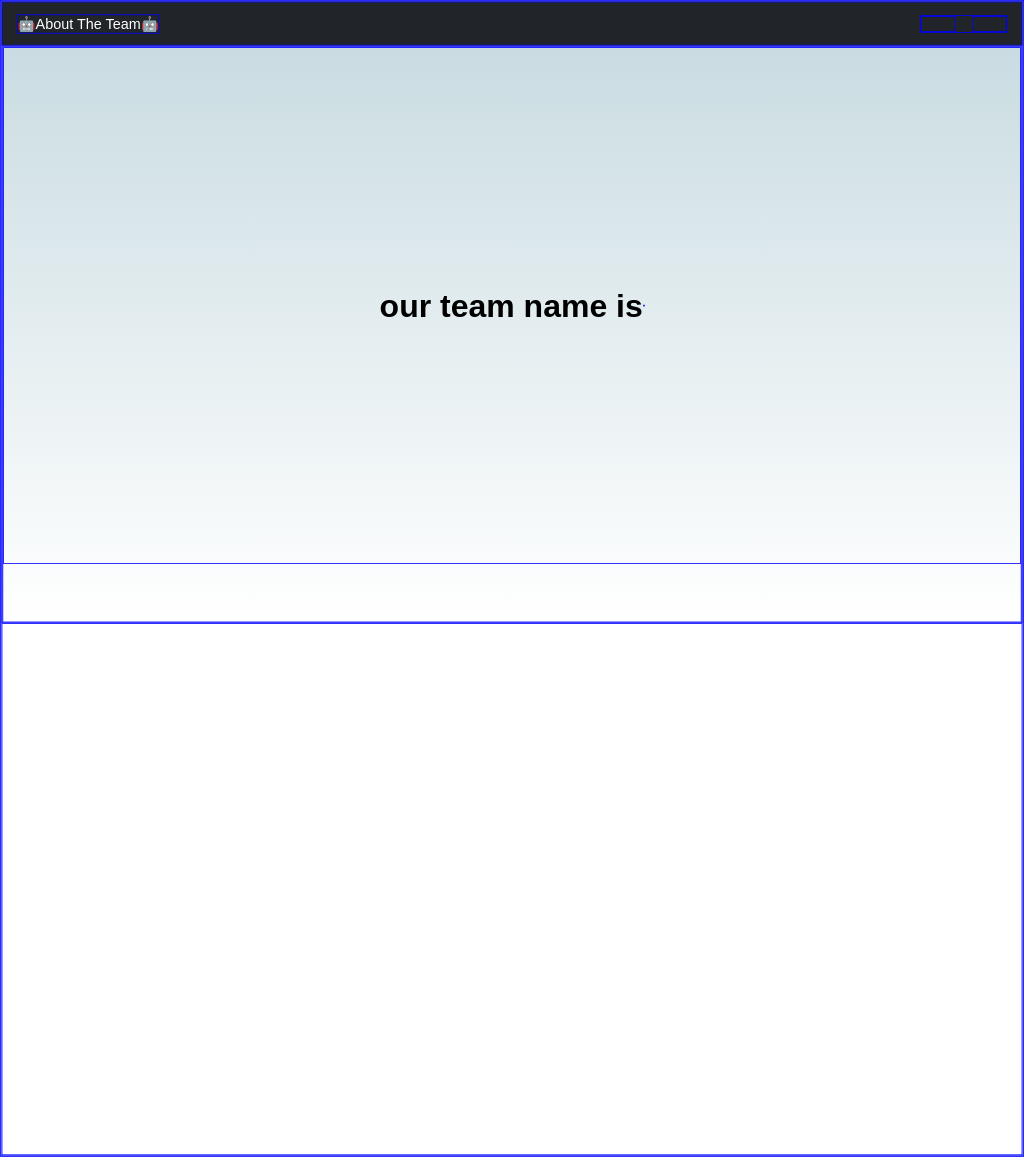
Repository: ammarsetiawan/gps-traker
Page: about.html
These files come from the project's save history. The page is drawn as it stood at one moment and after a run of saves; the edit follows.
The browser window is 1280 px wide. The pictures show the whole page, at 80% of full size.

Above is the page before, as saved 2025-11-25 17:13:27.

### about.html
<!DOCTYPE html>
<html lang="en">

<head>
    <meta charset="UTF-8">
    <meta name="viewport" content="width=device-width, initial-scale=1.0">
    <title>GPS Tracking</title>
    <link rel="stylesheet" href="https://unpkg.com/leaflet/dist/leaflet.css" />


</head>
<style>
    * {
        margin: 0;
        padding: 0;
        box-sizing: border-box;
        font-family: Arial, sans-serif;
        border: blue 1px solid;
    }

    body {
        background: #fff;
    }

    /* NAVBAR */
    nav {
        background-color: #212529;
        height: 55px;
        display: flex;
        align-items: center;
        padding: 0 18px;
        position: relative;
    }

    nav .brand {
        font-size: 18px;
        font-weight: 500;
        color: white;
    }

    nav ul {
        list-style: none;
        display: flex;
        gap: 20px;
        margin-left: auto;
    }

    nav ul li a {
        text-decoration: none;
        color: rgba(255, 255, 255, 0.8);
        font-size: 15px;
        transition: .2s;
        opacity: 0;
    }

    nav ul li a:hover {
        color: white;
        opacity: 1;
    }

    /* ----- style page ----- */

    .background {
        background: linear-gradient(to bottom, rgba(73, 136, 155, 0.295), rgba(92, 92, 88, 0));
        width: 100%;
        height: 100dvh;
    }

    .container {
        height: 90%;
        display: flex;
        justify-content: center;
        align-items: center;
        font-size: 40px;
        font-weight: bold;
        font-family: "Comic Sans MS", "Comic Sans", cursive, sans-serif;
    }

    #menuBtn {
        display: none;
        margin-left: auto;
        background: transparent;
        border: 1px solid rgba(255, 255, 255, 0.5);
        padding: 6px 10px;
        border-radius: 6px;
        cursor: pointer;
    }

    #menuBtn div {
        width: 18px;
        height: 2px;
        background: white;
        margin: 4px 0;
        transition: .3s;

    }

    /* ----- Responsive menu collapse ----- */
    @media (max-width: 768px) {
        nav ul {
            position: absolute;
            top: 55px;
            right: 0;
            background: #212529;
            width: 160px;
            flex-direction: column;
            padding: 10px;
            display: none;
            border-bottom-left-radius: 10px;
        }

        #menuBtn {
            display: block;

        }
    }

    /* Map area (placeholder section) */
    #content {
        height: calc(100vh - 55px);
        width: 100%;
        background: white;
    }
</style>

<body>

    <nav>
        <h2 class="brand">🤖About The Team🤖 </h2>

        <button id="menuBtn">
            <div></div>
            <div></div>
            <div></div>
        </button>

        <ul id="menu">
            <li><a href="index.html">Home</a></li>
            <li><a href="#">About</a></li>
        </ul>
    </nav>
    <section class="bg">
        <div class="background">
            <div class="container">
                our team name is <span></span>
            </div>
        </div>
    </section>

    <div id="content"></div> <!-- ini nanti bisa jadi map atau konten lain -->

    <script>
        const btn = document.getElementById("menuBtn");
        const menu = document.getElementById("menu");
        let open = false;

        btn.addEventListener("click", () => {
            open = !open;
            menu.style.display = open ? "flex" : "none";
            menu.style.opacity = "0.8";
            menu.style.transition = "ease-in-out 1s"
        });
    </script>

</body>

</html>

After the next 4 saves:
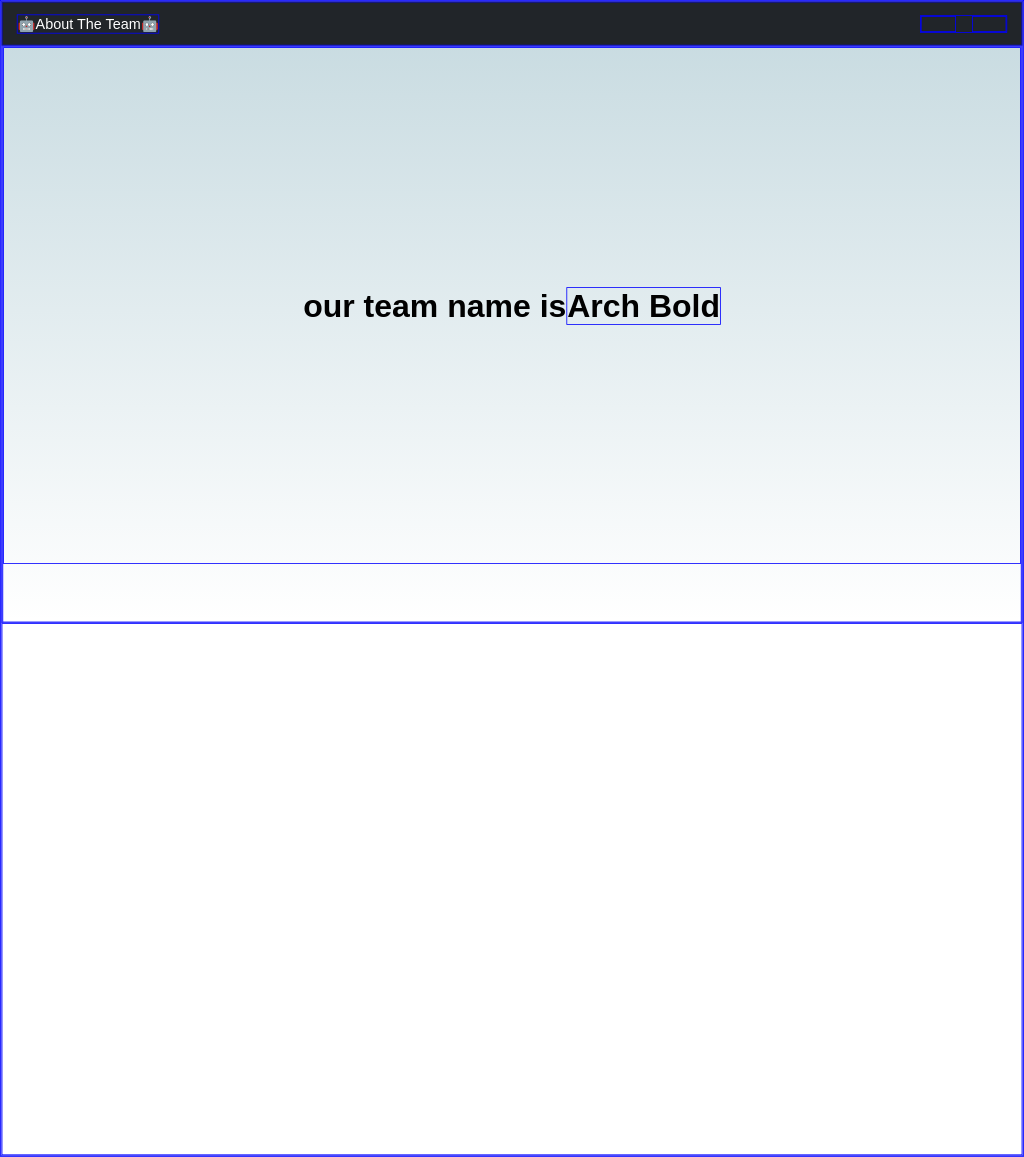
The 4 saves are shown as one change because they came seconds apart.
The last was saved 11 s later.
--- a/about.html
+++ b/about.html
@@ -142,7 +142,7 @@
     <section class="bg">
         <div class="background">
             <div class="container">
-                our team name is <span></span>
+                our team name is <span>Arch Bold</span>
             </div>
         </div>
     </section>
